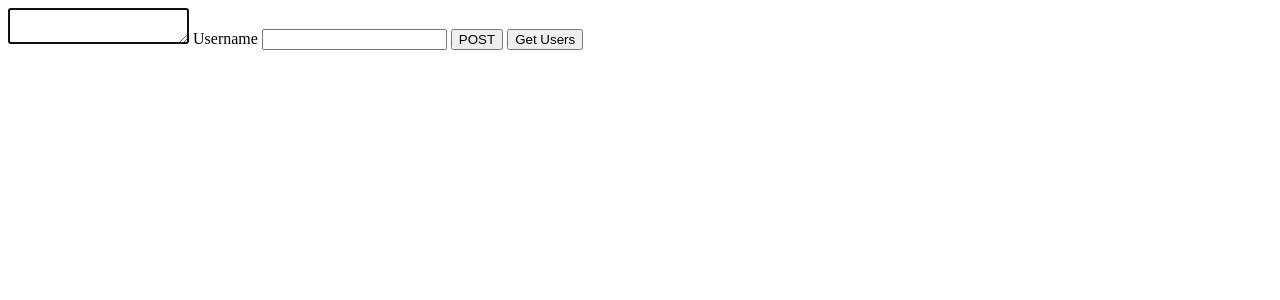
Repository: asbag/WebServicesRestful
Page: Restful3/index.html
The author's editor kept a copy of each file at every save. The page is drawn from the files as they stood at one save, then again after a run of saves.
The browser window is 1280 px wide. The pictures show the whole page.
Some web libraries are served in a nearby version.

Above is the page before, as saved 2015-08-04 14:48:34.

### Restful3/index.html
<html>
<head>
<meta charset="UTF-8">
<script src="http://ajax.googleapis.com/ajax/libs/jquery/2.1.1/jquery.min.js"></script>
<script src="js/ajaxGetPost.js"></script>
<script>
$(document).ready(function()
{

var base_url="http://www.mirestful2.es/";
var url,encodedata;
$("#update").focus();

/* Load Updates */

/*
url=base_url+'api/updates';
ajax_data('GET',url, function(data) {
						$.each(data.updates, function(i,data) {
											var html="<div class='stbody' id='stbody"+data.update_id+"'><div class='stimg'><img src='"+data.profile_pic+"' class='stprofileimg'/></div><div class='sttext'><strong>"+data.name+"</strong>"+data.user_update+"<span id='"+data.update_id+"' class='stdelete'>Delete</span></div></div>";
											$(html).appendTo("#mainContent");
											}
						);
});
*/

/* Insert Update */
$('body').on("click",'.stpostbutton',function() {
										var update=$('#update').val();
										encode=JSON.stringify({
										        "user_update": update,
										        "user_id": $('#user_id').val()
										        });
										url=base_url+'api/updates';
										if(update.length>0)
										{
											post_ajax_data(url,encode, function(data) {
																			$.each(data.updates, function(i,data)
																			{
																			var html="<div class='stbody' id='stbody"+data.user_id+"'><div class='stimg'>data.username</div><div class='sttext'><strong>"+data.name+"</strong>"+data.user_id+"<span id='"+data.user_id+"' class='stdelete'>Delete</span></div></div>";
																			$("#mainContent").prepend(html);
																			$('#update').val('').focus();
																			});
																		}
											);
										}

									}
);


/* Get Users */
$('body').on("click",'#getUsers',function() {
										url=base_url+'api/users';
											ajax_data('GET',url,function(data) {
																			$.each(data.users, function(i,data)
																			{
																			var html="<div class='stbody' id='stbody"+data.user_id+"'><div>"+data.username+"</div><div class='sttext'><strong>"+data.name+"</strong><button type='submit' id='"+data.user_id+"' class='stdelete'>Delete</button><button type='submit' id='"+data.user_id+"' class='stupdate'>Update</button></div></div>";
																			$("#listUsers").prepend(html);
																			$("#user_id").val = data.id;
																			});
																		}
											);
									}
);


/* Get Single User */
$('body').on("click",'.stupdate',function() {
										var ID=$(this).attr("id");
										url=base_url+'api/users/get/'+ID;
											ajax_data('GET',url,function(data) {
																			$("#user_id").val = data.id;
																			$("#user_name").val = data.username;
																			$("#update").val = data.name;
																		}
											);
									}
);


/* Delete Updates */
$('body').on("click",'.stdelete',function()
{
	var ID=$(this).attr("id");
	url=base_url+'api/updates/delete/'+ID;
	ajax_data('DELETE',url, function(data)
	{
		$("#stbody"+ID).fadeOut("slow");
	});
});

});
</script>
</head>
<body>
<textarea id="update" class="stupdatebox"></textarea>
<input type="hidden" id="user_id">
<label for="user_name">Username</label>
<input type="text" name="user_name" id="user_name" value="">
<input type="submit" value="POST" class="stpostbutton">
<button type="submit" value="GET" id="getUsers">Get Users</button>
<div id="listUsers"></div>
<div id="mainContent"></div>
</body>
</html>

Loaded but not shown: Restful3/js/ajaxGetPost.js (no copy from this time; the picture is the same without it)

After the next 2 saves:
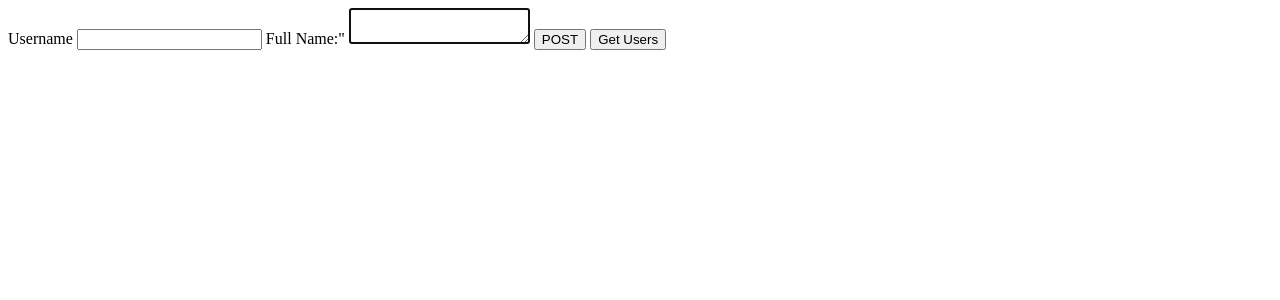
The 2 saves are shown as one change because they came seconds apart.
The last was saved 76 s later.
--- a/Restful3/index.html
+++ b/Restful3/index.html
@@ -94,10 +94,12 @@ $('body').on("click",'.stdelete',function()
 </script>
 </head>
 <body>
-<textarea id="update" class="stupdatebox"></textarea>
 <input type="hidden" id="user_id">
 <label for="user_name">Username</label>
 <input type="text" name="user_name" id="user_name" value="">
+<label for="update">Full Name:</label>"
+<textarea id="update" class="stupdatebox"></textarea>
+
 <input type="submit" value="POST" class="stpostbutton">
 <button type="submit" value="GET" id="getUsers">Get Users</button>
 <div id="listUsers"></div>
